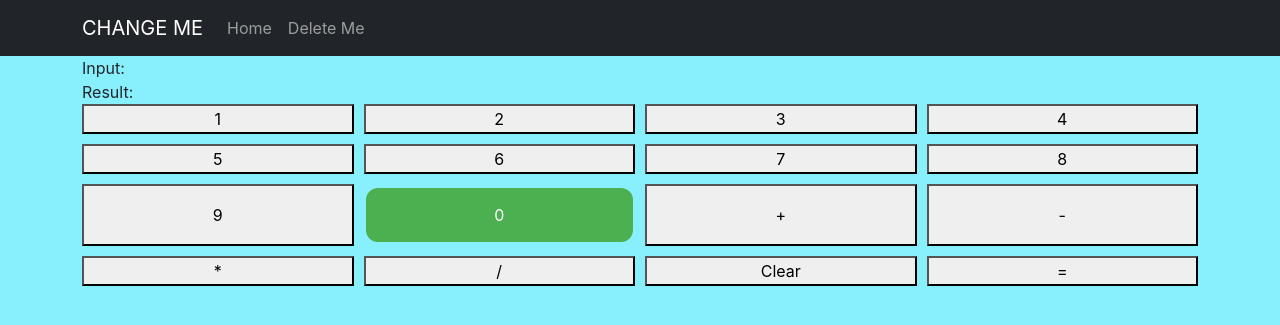
Repository: jgramirez0210/calculator-react
Page: /
The author's editor kept a copy of each file at every save. The page is drawn from the files as they stood at one save, then again after a run of saves.
The browser window is 1280 px wide. The pictures show the whole page.
The project was rebuilt for these pictures with package versions that can differ from the ones it lists, and the page was loaded fresh each time. The framework's server and built-in components were replaced by stand-ins that run in the browser. Also part of the build but not shown: next.config.js.

Above is the page before, as saved 2024-01-09 20:19:22.

### pages/_app.js
/* eslint-disable react/prop-types */
import 'bootstrap/dist/css/bootstrap.min.css';
import NoAuth from '../components/NoAuth'; // TODO: COMMENT OUT FOR AUTH
import '../styles/globals.css';
// import { AuthProvider } from '../utils/context/authContext'; // TODO: COMMENT IN FOR AUTH
// import ViewDirectorBasedOnUserAuthStatus from '../utils/ViewDirector'; // TODO: COMMENT IN FOR AUTH

function MyApp({ Component, pageProps }) {
  return (
    <>
      <NoAuth
        component={Component}
        pageProps={pageProps}
      />

      {/* TODO: Delete NoAuth component above and comment in code below for authentication */}
      {/* <AuthProvider>
        <ViewDirectorBasedOnUserAuthStatus
          // if status is pending === loading
          // if status is logged in === view app
          // if status is logged out === sign in page
          component={Component}
          pageProps={pageProps}
        />
      </AuthProvider> */}
    </>
  );
}

export default MyApp;

### pages/index.js
import React, { useState } from 'react';
import { evaluate } from 'mathjs';

function Calculator() {
  const [input, setInput] = useState('');
  const [result, setResult] = useState(null);

  const handleDigit = (digit) => {
    setInput((prevInput) => prevInput + digit);
  };
  const handleOperation = (operation) => {
    setInput((prevInput) => prevInput + operation);
  };
  const calculateResult = () => {
    try {
      if (/[\d]$/.test(input)) {
        setResult(evaluate(input));
      } else {
        setResult('Error: Invalid expression');
      }
    } catch (error) {
      setResult('Error: Invalid expression');
    }
  };
  const handleClear = () => {
    setInput('');
    setResult(null);
  };
  return (
    <div>
      <div> Input: {input}</div>
      <div> Result: {result}</div>
      <div className="calculator-grid">
        {[1, 2, 3, 4, 5, 6, 7, 8, 9, 0].map((digit) => (
          <button type="button" className={`button-${digit}`} onClick={() => handleDigit(digit)}>{digit}</button>
        ))}
        {['+', '-', '*', '/'].map((operation) => (
          <button type="button" onClick={() => handleOperation(operation)}>{operation}</button>
        ))}
        <button type="button" onClick={handleClear}>Clear</button>
        <button type="button" onClick={calculateResult}>=</button>
      </div>
    </div>
  );
}

export default Calculator;

### components/NoAuth.js
/* eslint-disable react/forbid-prop-types */
import React from 'react';
import PropTypes from 'prop-types';
import NoAuthNavBar from './NoAuthNavBar';

function NoAuth({ component: Component, pageProps }) {
  return (
    <>
      <NoAuthNavBar />
      <div className="container">
        <Component {...pageProps} />
      </div>
    </>
  );
}

NoAuth.propTypes = {
  component: PropTypes.func.isRequired,
  pageProps: PropTypes.oneOfType([PropTypes.object]).isRequired,
};

export default NoAuth;

### styles/globals.css
@import 'bootstrap/dist/css/bootstrap.css';

html,
body {
  padding: 0;
  margin: 0;
  font-family: -apple-system, BlinkMacSystemFont, Segoe UI, Roboto, Oxygen,
    Ubuntu, Cantarell, Fira Sans, Droid Sans, Helvetica Neue, sans-serif;
}

a {
  color: inherit;
  text-decoration: none;
}

* {
  box-sizing: border-box;
}

body {
  background-color: #88effd;
}

.calculator-grid {
  display: grid;
  grid-template-columns: repeat(4, 1fr);
  gap: 10px;
}

.button-0 {
  background-color: #4caf50;
  border: none;
  color: white;
  text-align: center;
  display: inline-block;
  font-size: 16px;
  margin: 4px 2px;
  cursor: pointer;
  border-radius: 12px;
  padding: 15px 32px;
}

.button:hover {
  background-color: #45a049;
}

### components/NoAuthNavBar.js
/* eslint-disable jsx-a11y/anchor-is-valid */
import React from 'react';
import Link from 'next/link';
import {
  Navbar, Container, Nav,
} from 'react-bootstrap';

export default function NoAuthNavBar() {
  return (
    <Navbar collapseOnSelect expand="lg" bg="dark" variant="dark">
      <Container>
        <Link passHref href="/">
          <Navbar.Brand>CHANGE ME</Navbar.Brand>
        </Link>
        <Navbar.Toggle aria-controls="responsive-navbar-nav" />
        <Navbar.Collapse id="responsive-navbar-nav">
          <Nav className="me-auto">
            {/* CLOSE NAVBAR ON LINK SELECTION: https://stackoverflow.com/questions/72813635/collapse-on-select-react-bootstrap-navbar-with-nextjs-not-working */}
            <Link passHref href="/">
              <Nav.Link>Home</Nav.Link>
            </Link>
            <Link passHref href="/delete-me">
              <Nav.Link>Delete Me</Nav.Link>
            </Link>
          </Nav>
        </Navbar.Collapse>
      </Container>
    </Navbar>
  );
}

After the next 2 saves:
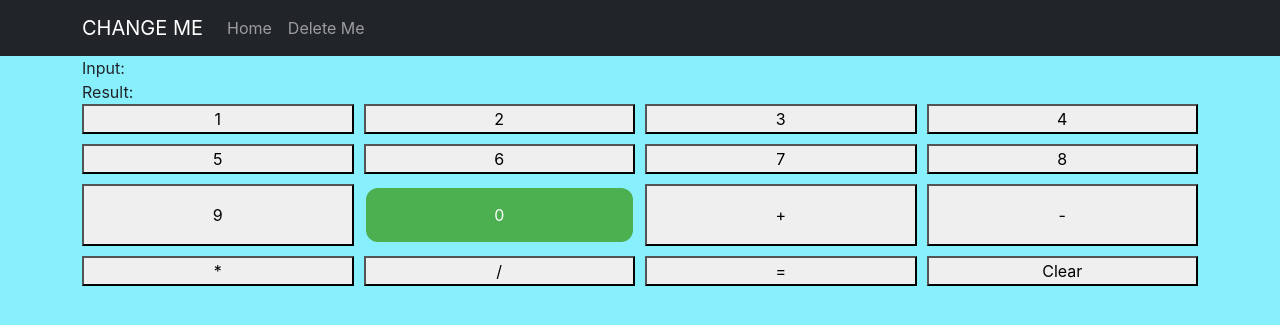
The 2 saves are shown as one change because they came seconds apart.
The last was saved 42 s later.
--- a/pages/index.js
+++ b/pages/index.js
@@ -37,8 +37,8 @@ function Calculator() {
         {['+', '-', '*', '/'].map((operation) => (
           <button type="button" onClick={() => handleOperation(operation)}>{operation}</button>
         ))}
+        <button type="button" onClick={calculateResult}>=</button>
         <button type="button" onClick={handleClear}>Clear</button>
-        <button type="button" onClick={calculateResult}>=</button>
       </div>
     </div>
   );
